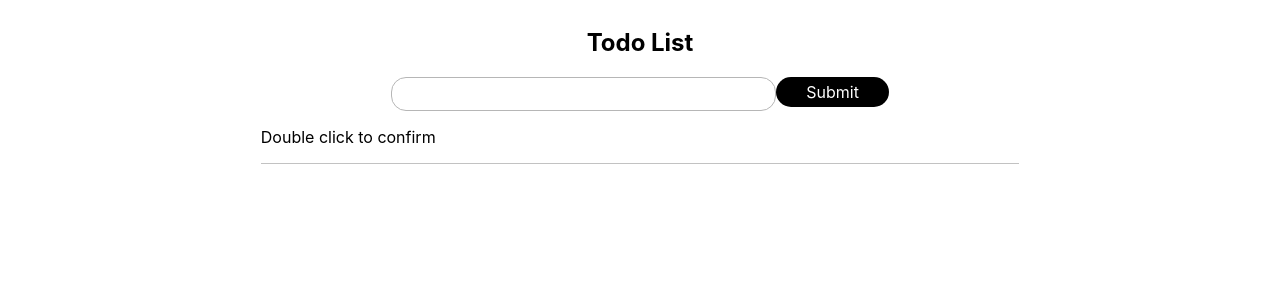
Repository: irenewuu/comp4130_checklist
Page: index.html
These files come from the project's save history. The page is drawn as it stood at one moment and after a run of saves; the edit follows.
The browser window is 1280 px wide. The pictures show the whole page.

Above is the page before, as saved 2022-01-12 15:20:24.

After the next 3 saves:
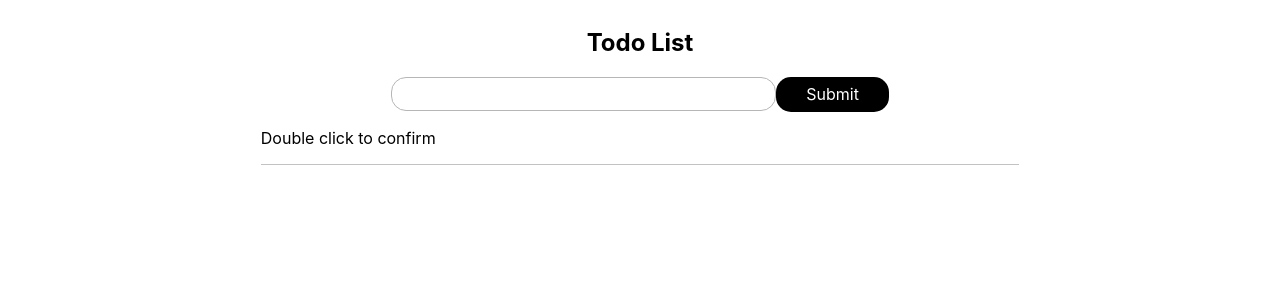
The 3 saves are shown as one change because they came seconds apart.
The last was saved 19 s later.
--- a/style.css
+++ b/style.css
@@ -29,7 +29,7 @@ form > span {
 }
 .btn {
   width: 15%;
-  height: 30px;
+  height: 35px;
   border-radius: 15px;
 }
 .sortbox {
